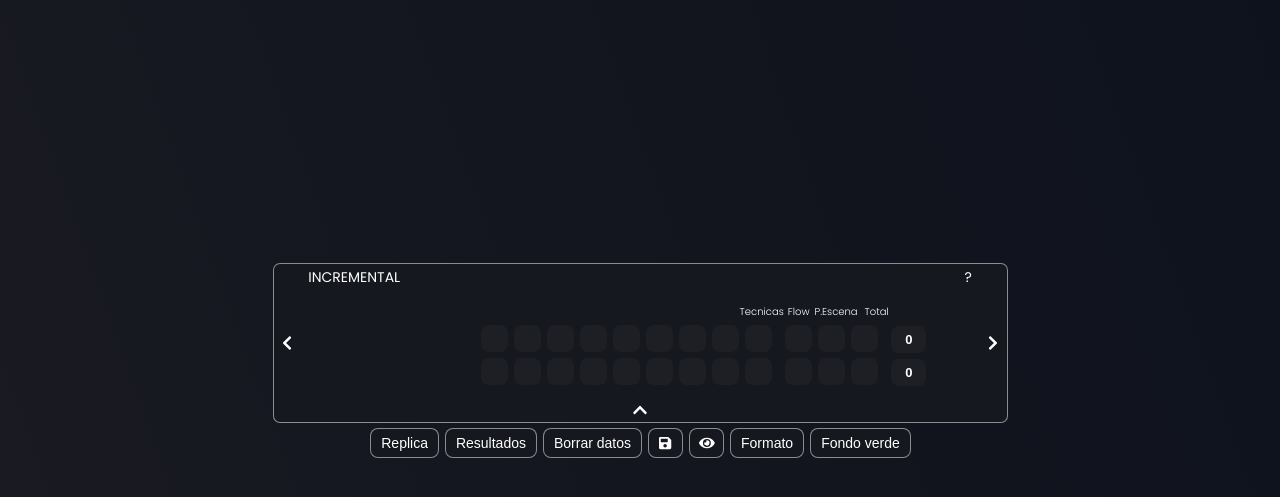
Repository: ezegonzalez912/fmsvotacion2
Page: /vote-window
The author's editor kept a copy of each file at every save. The page is drawn from the files as they stood at one save, then again after the next save.
The browser window is 1280 px wide. The pictures show the whole page.
The page's requests for data from a server got no answer. The project was rebuilt for these pictures with package versions that can differ from the ones it lists, and the page was loaded fresh each time. No one was signed in, and anything a server would have sent is missing. Also part of the build but not shown: src/components/NavBar.js, src/components/Curve.js, src/components/screens/AboutScreen.js, src/components/Error.js, src/components/Apoya.js, src/components/screens/MainScreen.js, src/helpers/palabras.js, src/hooks/useWords.js and 24 more.

Above is the page before, as saved 2021-08-17 19:44:50.

### public/index.html
<!DOCTYPE html>
<html lang="en">
  <head>
    <meta charset="utf-8" />
    <link rel="icon" href="%PUBLIC_URL%/favicon.ico" />
    <meta name="viewport" content="width=device-width, initial-scale=1" />
    <meta name="theme-color" content="#000000" />
    <meta
      name="description"
      content="Vota batallas con formato FMS desde un solo lugar, de manera sencilla, sin la necesesidad de descargar nada.
              COMO VOTAR FMS ARGENTINA CHILE PERU MEXICO COLOMBIA INTERNACIONAL ESPAÑA BNET DESCARGAR COMO VOTAR FMS ONLINE WOS FINAL FMS INTERNACIONAL RED BULL DECIMALES
              2021 2018 FORMATO FMS"
    />
    <link rel="apple-touch-icon" href="%PUBLIC_URL%/logo192.png" />
    <!--
      manifest.json provides metadata used when your web app is installed on a
      user's mobile device or desktop. See https://developers.google.com/web/fundamentals/web-app-manifest/
    -->
    <link rel="manifest" href="%PUBLIC_URL%/manifest.json" />
    <link rel="preconnect" href="https://fonts.googleapis.com">
    <link rel="preconnect" href="https://fonts.gstatic.com" crossorigin>
    <link rel="stylesheet" href="https://cdnjs.cloudflare.com/ajax/libs/animate.css/4.1.1/animate.min.css" />
    <link href="https://fonts.googleapis.com/css2?family=Poppins:wght@100;200;300;400;500;600&display=swap" rel="stylesheet">
    <title>FMS Votación</title>
  </head>
  <body>
    <noscript>You need to enable JavaScript to run this app.</noscript>
    <div id="root"></div>
    <!--
      This HTML file is a template.
      If you open it directly in the browser, you will see an empty page.

      You can add webfonts, meta tags, or analytics to this file.
      The build step will place the bundled scripts into the <body> tag.

      To begin the development, run `npm start` or `yarn start`.
      To create a production bundle, use `npm run build` or `yarn build`.
    -->
  </body>
</html>

### src/styles/app.scss
@forward "./settings/main";
@forward "./components/menu";
@forward "./components/mode";
@forward  "./components/subtitles-mode";
@forward "./components/modal";
@forward "./components/navbar";
@forward "./components/screens";
@forward "./components/videoAndVote";
@forward "./components/searchVideo";
@forward "./components/error";
@forward "./components/votedSaveds";
@forward "./components/about";
@forward "./components/apoya";
@forward "./components/practice";
@forward "./settings/settings";

### src/styles/settings/_main.scss
@use "../settings/colors" as c;

body, html{
    background: c.$gradient-primary;
    margin: 0;
    height: auto;
    width: auto;
    box-sizing: border-box;
    font-family: 'Poppins', sans-serif;
}

*{
    margin: 0;
    padding: 0;
    box-sizing: border-box;
}

*::-webkit-scrollbar {
    width: 8px;     /* Tamaño del scroll en vertical */
    height: 8px;    /* Tamaño del scroll en horizontal */
}

*::-webkit-scrollbar-thumb {
    background: rgba(43, 42, 42, 0.267);
    border-radius: 4px;
    box-shadow: 0px 0px 6px rgba(0, 0, 0, 0.315);
}

*::-webkit-scrollbar-track {
    background: c.$dark-primary;
    box-shadow: 0px 0px 6px rgba(0, 0, 0, 0.158);
}

*{
    scroll-behavior: smooth;
}

@media (max-width:280px){
    body, html{
        background: c.$dark-primary;
    }
}

### src/styles/settings/_colors.scss
$primary: #1c4d85;
$secundary: #244463;
// $dark-primary: #1a1a1b;
// $dark-secundary: #242425;
$border: rgba(255, 255, 255, 0.5);
//$gradient-primary: linear-gradient(250.3deg, rgb(24, 24, 24), #242425);
$gradient-primary: linear-gradient(250.3deg, #0E121C, #191A22);
$dark-primary: #16181f;
$dark-secundary: #1d1f25;

### src/styles/settings/_mixins.scss
@use "../settings/colors" as c;

@mixin center($direction) {
    align-items: center;
    display: flex;
    flex-direction: $direction;
    justify-content: center;
}

@mixin input {
    border-style: none;
    outline: none;
    color: white;
    border-radius: 8px;
    font-size: 18px;
    font-weight: 600;
    text-align: center;
    width: 27px;
    height: 27px;
}

@mixin inputNormal {
    border-style: none;
    outline: none;
    cursor: pointer;
    border-radius: 8px;
    font-size: 14px;
    transition: .2s;
}

### src/styles/components/_mode.scss
@use "../settings/colors" as c;
@use "../settings/mixins" as m;

.mode__main{
    display: flex;
    justify-content: space-evenly;
    align-items: center;
    width: 100%;
    height: auto;
    box-sizing: border-box;
    p{
        width: 12%;
        margin: 0;
    }
}

.mode__name{
    @include m.inputNormal;
    cursor: text;
    padding: 3px 0;
    text-align: center;
    background-color: c.$dark-secundary;
    border: 1px solid c.$border;
    color: white;
    width: 17%;
    margin: 0;
    &:focus{
        border: 1px solid c.$primary;
    }
}

.mode__input{
    @include m.input;
    margin: 0 3px;
    background-color: c.$dark-secundary;
}

.mode__input2{
    @include m.input;
    margin: 0 3px 0 10px;
    background-color: c.$dark-secundary;
}

.mode__inputRes{
    @include m.center(column);
}

.mode__checkbox{
    height: 15px;
    margin: 3px 0 0 0;
    color: red;
}

.mode__total{
    @include m.input;
    background-color: c.$dark-secundary;
    color: white;
    margin-left: 10px;
    font-size: 13px;
    width: 35px;
}

.mode__res{
    @include m.center(row)
}

.mode__resultado{
    @include m.center(row);
    justify-content: space-evenly;
    width: 100%;
    p{
        margin: 0 0 5px 0;
    }
    div {
        @include m.center(column);
    }
}

.mode__resultado-subtitle{
    margin: 0;
    color: c.$primary;
    font-weight: 600;
    letter-spacing: .45px;
}

### src/styles/components/_subtitles-mode.scss
@mixin default($padding) {
    display:flex;
    justify-content: flex-end;
    width: 100%;
    text-align: right;
    padding-right: $padding;
    p{
        font-size: 10px;
        font-weight: 300;
        margin-top: 0;
        margin-bottom: 0;
    }
}

.subtitle_4{
    margin-left: 7px;
}
.subtitle_3{
    margin-left: 5px;
}
.subtitle_2{
    margin-left: 4px;
}

.menu__easy-subtitle{
    @include default(72px);
}

.menu__hard-subtitle{
    @include default(83px);
}

.menu__tematica-subtitle{
    @include default(104px);
}

.menu__random-subtitle{
    @include default(60px);
}

.menu__sangre-subtitle{
    @include default(82px);
}

.menu__deluxe-subtitle{
    @include default(22px);
}

### src/styles/components/_modal.scss
@use "../settings/colors" as c;
@use "../settings/mixins" as m;

.modal__main{
    display: none;
    top: 0;
    left: 0;
    position: fixed;
    height: 100%;
    width: 100%;
    background-color: rgba(16, 16, 22, 0.664);
    z-index: 999;
    text-align: center
}

.modal__main-open{
    @include m.center(column);
}

.modal__container{
    @include m.center(column);
    background-color: c.$dark-primary;
    border: 1px solid c.$border;
    border-radius: 8px;
    color: white;
    padding: 20px;
    width: 300px;
    p{
        margin: 0 10px 20px 10px;
    }
    label{
        font-size: 13px;
        display: flex;
        width: 100%;
        padding-left: 10px;
    }
}

@mixin button{
    @include m.inputNormal;
    padding: 8px;
    color: white;
    border: 1px solid c.$border;
    margin: 0 5px;
    background-color: c.$dark-secundary;
}

.modal__button{
    @include button;
    &:hover{
        background-color: c.$primary;
    }
}

.modal__input{
    @include m.inputNormal;
    border: 1px solid c.$border;
    background-color: c.$dark-primary;
    padding: 10px;
    color: white;
    width: 100%;
    margin-bottom: 10px;
    box-sizing: border-box;
    cursor: text;
    &:focus{
        border: 1px solid c.$primary;
    }
}

@media (max-width:300px){
    .modal__container{
        width: 95%;
    }
}

### src/styles/components/_navbar.scss
@use "../settings/colors" as c;
@use "../settings/mixins" as m;

.navBar__cotainer{
    @include m.center(row);
    position: absolute;
    top: 0;
    justify-content: space-between;
    box-sizing: border-box;
    padding: 10px 30px;
    height: 70px;
    width: 100%;
    min-width: 280px;
    box-sizing: border-box;
    z-index: 800;
    a{
        height: 100%;
        z-index: 900;
        img{
            z-index: 900;
            height: 100%;
        }
    }
    .navBar__text{
        a{
            font-size: 20px;
            text-decoration: none;
            color: white;
            padding: 5px 30px;
            transition: .2s;
            &:hover{
                color: c.$primary;
            }
        }
    }
}

.navBar__menu{
    display: none;
    justify-content: center;
    align-items: center;
    z-index: 500;
    height: 50px;
    width: 50px;
    border-radius: 50px;
    transition: .2s;
    &:hover{
      background: c.$primary;
    }
    svg{
        font-size: 35px;
        color: white;
        cursor: pointer;
    }
}

.navBar__menu-list{
    display: none;
    z-index: 400;
    background: c.$dark-secundary;
    box-shadow: 0px 0px 6px rgba(0, 0, 0, 0.315);
    position: absolute;
    top: 0;
    right: 0;
    flex-direction: column;
    box-sizing: border-box;
    width: 100%;
    justify-content: flex-start;
    align-items: center;
    padding-top: 70px;
    a{
        width: 100%;
        text-align: center;
        text-decoration: none;
        color: white;
        padding: 15px 0;
        border-bottom: 1px solid c.$dark-primary;
        transition: .2s;
        &:hover{
            background: c.$dark-primary;
        }
    }
}

@media (max-width:900px){
    .navBar__menu{
        display: flex;
    }
    .navBar__menu-list{
        display: flex;
    }
    .navBar__text{
        display: none;
    }
    .navBar__cotainer{
        padding: 10px 20px;
    }
}
@media (max-width:700px){
    .navBar__cotainer{
        padding: 10px 15px;
    }
}
@media (max-width:600px){
    .navBar__cotainer{
        padding: 10px 10px;
    }
}
@media (max-width:500px){
    .navBar__cotainer{
        padding: 10px 5px;
    }
}

### src/styles/components/_screens.scss
@use "../settings/colors" as c;
@use "../settings/mixins" as m;

.screen__main{
    box-sizing: border-box;
    min-height: 600px;
    min-width: 280px;
    height: 100vh;
    width: 100%;
}

.screen__vote{
    margin-top: 70px;
    width: 100%;
    display: flex;
    justify-content:center;
    align-items: center;
    height: 100vh;
    min-height: 400px;
    min-width: 280px;
}

.vote-window__screen{
    @include m.center(column);
    height: 100vh;
    width: 100%;
}

.about__screen{
    position: relative;
    width: 100%;
    min-height: 100vh;
    height: auto;
    min-width: 280px;
}

.vote-saved__screen{
    min-width: 280px;
    height: auto;
    width: 100%;
    padding-top: 100px;
    padding-bottom: 130px;
    box-sizing: border-box;
    min-height: 100vh;
    @include m.center(column);
    justify-content: flex-start;
    gap: 50px;
    position: relative;
}

.screen__practice{
    @include m.center(column);
    box-sizing: border-box;
    min-height: 100vh;
    min-width: 280px;
    padding-top: 80px;
    padding-bottom: 130px;
    height: auto;
    width: 100%;
    position: relative;
    z-index: 500;
}

### src/styles/components/_videoAndVote.scss
@use "../settings/colors" as c;
@use "../settings/mixins" as m;

.videoAndVote__main{
    width: 100%;
    height: 100vh;
    display: flex;
    flex-direction: column;
    justify-content: center;
    align-items: center;
    gap: 5px;
    padding: 5px;
}

.video-player{
    width: 100%;
    height: 100%;
    iframe{
        border-radius: 8px;
    }
}

@media (max-width: 738px){
    .videoAndVote__main{
        padding: 0;
    }
    .video-player{
        iframe{
            border-radius: 0;
        }
    }
    .vote-app__scroll{
        box-sizing: border-box;
        width: 100%;
        overflow-x: scroll;
        overflow-y: hidden;
        min-height: 195px;
        display: flex;
        align-items: flex-start;
        padding: 0 5px;
    }
}

### src/styles/components/_searchVideo.scss
@use "../settings/colors" as c;
@use "../settings/mixins" as m;

.searchVideo__main{
    position: relative;
    @include m.center(column);
    height: 100%;
}

.searchVideo__title{
    @include m.center(column);
    color: white;
    p{
        color: c.$primary;
        font-size: 20px;
        letter-spacing: 0.45em;
    }
    h2{
        letter-spacing: 0.010em;
        font-size: 40px;
        font-weight: 600;
        text-align: center;
        line-height: 110%;
        margin-bottom: 10px;
    }
}

.searchVideo__form{
    display: none;
    border-radius: 20px;
    z-index: 200;
    @include m.center(row);
    box-shadow: 0px 0px 6px rgba(0, 0, 0, 0.315);
    input{
        @include m.inputNormal;
        border-radius: 20px 0 0 20px;
        width: 450px;
        padding: 0 10px;
        height: 40px;
        color: c.$dark-secundary;
        cursor: text;
        background: c.$primary;
        &::placeholder{
            letter-spacing: 0.6px;
            color: c.$dark-secundary;
            font-size: 15px;
        }
    }
    button{
        @include m.inputNormal;
        @include m.center(row);
        background: c.$primary;
        border-left: 1px solid c.$dark-secundary;
        border-radius: 0 20px 20px 0;
        padding: 0 15px;
        height: 40px;
        color: c.$dark-secundary;
        &:hover{
            background: c.$secundary;
        }
    }
}

.searchVideo____ventana{
    @include m.center(row);
    cursor: pointer;
    color: c.$secundary;
    transition: .2s;
    z-index: 999;
    p{
        margin-top: 5px;
        text-decoration: underline;
        font-size: 13px;
    }
    svg{
        font-size: 8px;
        margin-left: 2px;
    }
    &:hover{
        color: c.$primary;
    }
}

.curve{
    position: absolute;
    bottom: 0;
    z-index: 100;
    width: 100%;
    svg{
        path{
            fill: c.$primary;
        }
    }
}

@media (max-width:800px){
    .searchVideo__title{
        h2{
            font-size: 32px;
            line-height: 45px;
        }
        p{
            font-size: 17px;
        }
    }
    .searchVideo____ventana{
        display: none;
    }
}

@media (max-width:600px){
    .searchVideo__main{
        padding:0 30px;
    }
    .searchVideo__form{
        width: 100%;
        input{
            width: 100%;
        }
    }
}

@media (max-width:500px){
    .searchVideo__title{
        h2{
            font-size: 25px;
            line-height: 120%;
            margin-bottom: 5px;
        }
        p{
            font-size: 15px;
        }
    }
}
@media (max-width:400px){
    .searchVideo__title{
        h2{
            font-size: 20px;
            margin-bottom: 5px;
        }
        p{
            font-size: 13px;
        }
    }
    .searchVideo__main{
        padding: 0 15px;
    }
}
@media (max-width:300px){
    .searchVideo__main{
        padding:0 5px;
    }
    .searchVideo__title{
        h2{
            font-size: 17px;
            margin: 3px 0 15px 0;
        }
        p{
            font-size: 11px;
        }
    }
}

### src/styles/components/_error.scss
@use "../settings/colors" as c;
@use "../settings/mixins" as m;

.searchVideo__ventana{
    @include m.center(row);
    width: 100%;
    z-index: 999 !important;
}

.searchVideo__practice{
    @include m.center(row);
    width: 100%;
    height: 100%;
    position: relative;
    top: -70px;
    z-index: 999 !important;
}

.error__container{
    z-index: 999 !important;
    @include m.center(row);
    position: absolute;
    width: 390px;
    padding: 5px 10px 10px 10px;
    top: 2vh;
    background: white;
    border-radius: 20px;
    box-shadow: 3px 3px 6px rgba(0, 0, 0, 0.315);
    svg{
        color: rgb(214, 97, 76);
        font-size: 60px;
        margin-right: 10px;
    }
    h2{
        color: c.$primary;
        font-size: 20px;
    }
    p{
        font-size: 14px;
    }
}

@media (max-width:800px){
    .error__container{
        width: 340px;
        padding: 5px 8px 8px 8px;
        svg{
            font-size: 60px;
            margin-right: 10px;
        }
        h2{
            font-size: 16px;
        }
        p{
            font-size: 12px;
        }
    }
}

@media (max-width:390px){
    .error__container{
        width: 90%;
        svg{
            font-size: 50px;
            margin-right: 5px;
        }
        h2{
            font-size: 14px;
        }
        p{
            font-size: 11.5px;
        }
    }
}

### src/styles/components/_about.scss
@use "../settings/colors" as c;
@use "../settings/mixins" as m;

.about__main{
    @include m.center(column);
    align-items: flex-start;
    width: 100%;
    height: 100%;
    padding: 100px;
    padding-bottom: 150px;
    box-sizing: border-box;
    h1{
        color: white;
    }
}

.about__title{
    margin-bottom: 10px;
    h2{
        letter-spacing: 0.010em;
        font-size: 40px;
        font-weight: 600;
        text-align: center;
        line-height: 90%;
        color: white;
    }
    p{
        color: c.$primary;
        font-size: 20px;
        letter-spacing: 0.45em;
        font-weight: 500;
    }
}

.about__info{
    color: white;
    margin-bottom: 20px;
    max-width: 800px;
    h1{
        font-size: 18px;
        font-weight: 500;
    }
    p{
        font-size: 14px;
        font-weight: 300;
        a{
            color: c.$primary;
            &hover{
                color: c.$secundary;
            }
        }
    }
}

@media (max-width:700px){
    .about__main{
        padding-right: 40px;
        padding-left: 40px;
    }
    .about__title{
        h2{
            font-size: 30px;
        }
        p{
            font-size: 17px;
        }
    }
    .about__info{
        h1{
            font-size: 15px;
        }
        p{
            font-size: 13px;
        }
    }
}

@media (max-width:500px){
    .about__main{
        padding-right: 15px;
        padding-left: 15px;
    }
    .about__title{
        h2{
            font-size: 28px;
        }
        p{
            font-size: 15px;
        }
    }
    .about__info{
        h1{
            font-size: 13px;
        }
        p{
            font-size: 11px;
        }
    }
}
@media (max-width:400px){
    .about__main{
        padding-right: 10px;
        padding-left: 10px;
    }
    .about__title{
        h2{
            font-size: 24px;
        }
    }
}

### src/styles/components/_apoya.scss
@use "../settings/colors" as c;
@use "../settings/mixins" as m;

.apoya__main{
    position: absolute;
    background-color: c.$dark-secundary;
    border: 1px solid c.$border;
    border-radius: 8px;
    width: 285px;
    padding: 5px;
    bottom: 10px;
    right: 10px;
    box-shadow: 1px 1px 6px rgba(0, 0, 0, 0.315);
    h1{
        font-size: 14px;
        font-weight: 500;
        color: c.$primary;
    }
    p{
        font-size: 13px;
        padding-right: 10px;
        font-weight: 300;
        color: c.$dark-primary;
        color: white;
        span{
            color: c.$primary;
            text-decoration: underline;
            cursor: pointer;
            &:hover{
                color: c.$secundary;
            }
        }
    }
    z-index: 900;
}

.apoya__title{
    @include m.center(row);
    justify-content: space-between;
    svg{
        cursor: pointer;
        color: white;
        font-size: 15px;
    }
}

### src/styles/settings/_settings.scss
@use "../settings/colors" as c;
@use "../settings/mixins" as m;

.opacity-0{
    opacity: 0;
}

.dsp-none{
    display: none;
}

.pd-0{
    padding: 0;
}

.cursor-p{
    cursor: pointer;
}

.color-primary{
    color: c.$primary;
}

.f-w800{
    font-weight: 800;
}

.title-ppl{
    letter-spacing: 0.010em;
    font-size: 40px;
    font-weight: 600;
    text-align: center;
    line-height: 90%;
    color: white;
    z-index: 500;
}

.title-scy{
    text-align: center;
    color: c.$primary;
    font-size: 20px;
    letter-spacing: 0.45em;
    font-weight: 500;
    z-index: 400 !important;
}

.input-search{
    @include m.inputNormal;
    border-radius: 20px 0 0 20px;
    width: 450px;
    padding: 0 10px;
    height: 40px;
    color: c.$dark-secundary;
    cursor: text;
    background: c.$primary;
    &::placeholder{
        letter-spacing: 0.6px;
        color: c.$dark-secundary;
        font-size: 15px;
    }
}
.input-search-button{
    @include m.inputNormal;
    @include m.center(row);
    background: c.$primary;
    border-left: 1px solid c.$dark-secundary;
    border-radius: 0 20px 20px 0;
    padding: 0 15px;
    height: 40px;
    color: c.$dark-secundary;
    &:hover{
        background: c.$secundary;
    }
}

.dsp-flex{
    display: flex;
}

.form{
    @include m.center(row);
    width: 100%;
}

.select-none{
    -webkit-touch-callout: none; /* iOS Safari */
    -webkit-user-select: none; /* Safari */
    -khtml-user-select: none; /* Konqueror HTML */
    -moz-user-select: none; /* Old versions of Firefox */
    -ms-user-select: none; /* Internet Explorer/Edge */
    user-select: none;
}

@media (max-width:800px){
    .title-ppl{
        font-size: 30px
    }
    .title-scy{
        font-size: 15px;
    }
}
@media (max-width:600px){
    .input-search{
        width: 350px;
    }
}
@media (max-width:500px){
    .input-search{
        width: 100%;
    }
    .form{
        padding: 0 20px;
    }
}

### src/hooks/useMode.js
import { useContext, useState } from "react";
import { FormatoContext } from "../components/Contexts/FormatoContext";

export const useMode = () => {

    const [mode, setMode] = useState("INCREMENTAL")

    const {formato} = useContext(FormatoContext)

    const prevMode = () => {
        switch (mode){
            case "REPLICA":
                return setMode("RESULTADOS");
            case "RESULTADOS":
                return setMode("RONDA DELUXE");
            case "RONDA DELUXE":
                return setMode("SEGUNDO MINUTO SANGRE");
            case "SEGUNDO MINUTO SANGRE":
                return setMode("PRIMER MINUTO SANGRE");
            case "PRIMER MINUTO SANGRE":
                return formato === "2018" ? setMode("PERSONAJES CONTRAPUESTOS") : setMode("RANDOM MODE");
            case "RANDOM MODE":
                return setMode("SEGUNDA TEMATICA");
            case "PERSONAJES CONTRAPUESTOS":
                return setMode("SEGUNDA TEMATICA");
            case "SEGUNDA TEMATICA":
                return setMode("PRIMER TEMATICA");
            case "PRIMER TEMATICA":
                return setMode("HARD MODE");
            case "HARD MODE":
                return setMode("EASY MODE")
            default:
                return setMode("EASY MODE");
        }
    }

    const nextMode = () => {
        switch (mode){
            case "EASY MODE":
                return setMode("HARD MODE");
            case "HARD MODE":
                return setMode("PRIMER TEMATICA");
            case "PRIMER TEMATICA":
                return setMode("SEGUNDA TEMATICA");
            case "SEGUNDA TEMATICA":
                return formato === "2018" ? setMode("PERSONAJES CONTRAPUESTOS") : setMode("RANDOM MODE");
            case "PERSONAJES CONTRAPUESTOS":
                return setMode("PRIMER MINUTO SANGRE");
            case "RANDOM MODE":
                return setMode("PRIMER MINUTO SANGRE");
            case "PRIMER MINUTO SANGRE":
                return setMode("SEGUNDO MINUTO SANGRE");
            case "SEGUNDO MINUTO SANGRE":
                return setMode("RONDA DELUXE");
            case "RONDA DELUXE":
                return setMode("RESULTADOS");
            default:
                return setMode("RESULTADOS");
        }
    }

    return [mode, prevMode, nextMode, setMode]
}

Loaded but not shown: src/components/Votacion/menuVotacion/MenuVotacion.js (97 lines, source omitted); src/components/Contexts/DataContext.js (105 lines, source omitted); src/components/Votacion/menuVotacion/Resultados.js (71 lines, source omitted); src/hooks/useVote.js (60 lines, source omitted); src/components/Votacion/menuVotacion/IncrementalMode.js (25 lines, source omitted); src/hooks/useTotal.js (26 lines, source omitted); src/components/Votacion/menuVotacion/ModeVotacion.js (36 lines, source omitted); src/components/Modal/ModalSave.js (44 lines, source omitted); src/routers/AppRouter.js (33 lines, source omitted); src/components/Modal/ModalFormato.js (42 lines, source omitted); src/components/Votacion/menuVotacion/IncrementalMenu.js (22 lines, source omitted); src/components/Contexts/TotalContext.js (36 lines, source omitted); src/hooks/useSave.js (28 lines, source omitted); src/index.js (24 lines, source omitted); src/helpers/resultadoText.js (22 lines, source omitted); src/hooks/useLocalStorage.js (26 lines, source omitted); src/components/VotacionApp.js (20 lines, source omitted); src/helpers/totalData.js (9 lines, source omitted); src/helpers/valueCheck.js (15 lines, source omitted); src/components/Modal/ModalDefault.js (23 lines, source omitted); src/components/Contexts/FormatoContext.js (28 lines, source omitted); src/components/Contexts/CompContext.js (27 lines, source omitted); src/components/screens/VoteVentana.js (17 lines, source omitted); src/helpers/dataCorrect.js (29 lines, source omitted); src/components/Contexts/StartContext.js (22 lines, source omitted); src/hooks/useReplica.js (17 lines, source omitted); src/hooks/useForm.js (15 lines, source omitted); src/components/Modal/Modal.js (10 lines, source omitted); src/helpers/date.js (8 lines, source omitted); src/hooks/useModal.js (9 lines, source omitted); src/helpers/valueCheck2.js (7 lines, source omitted); src/App.js (8 lines, source omitted); src/styles/components/_votedSaveds.scss (245 lines, source omitted); src/styles/components/_menu.scss (183 lines, source omitted); src/styles/components/_practice.scss (165 lines, source omitted)

After the next save:
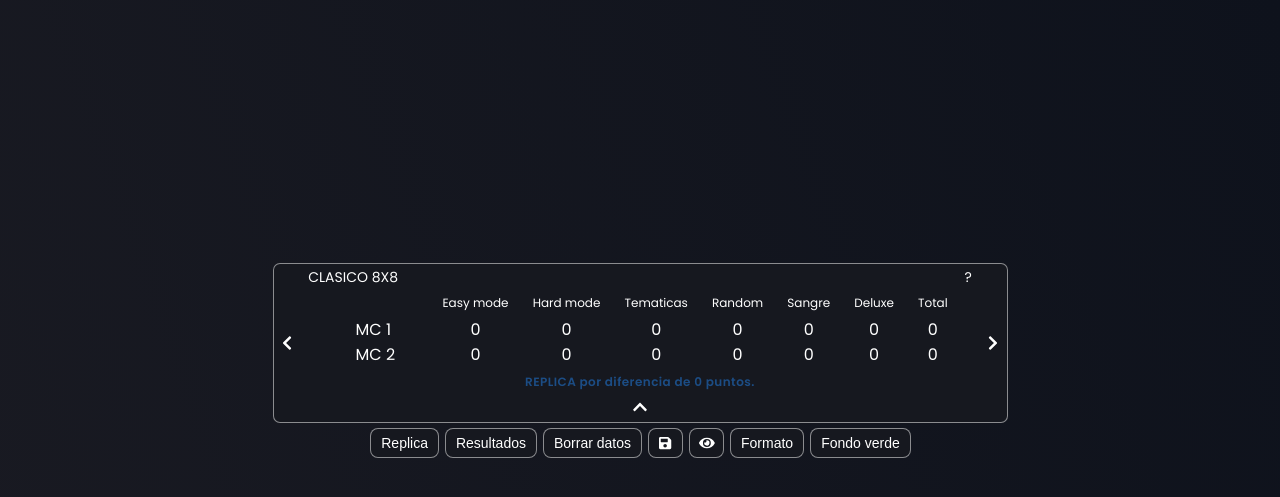
Saved 25 s later.
--- a/src/hooks/useMode.js
+++ b/src/hooks/useMode.js
@@ -3,7 +3,7 @@
 
 export const useMode = () => {
 
-    const [mode, setMode] = useState("INCREMENTAL")
+    const [mode, setMode] = useState("CLASICO 8X8")
 
     const {formato} = useContext(FormatoContext)
 
